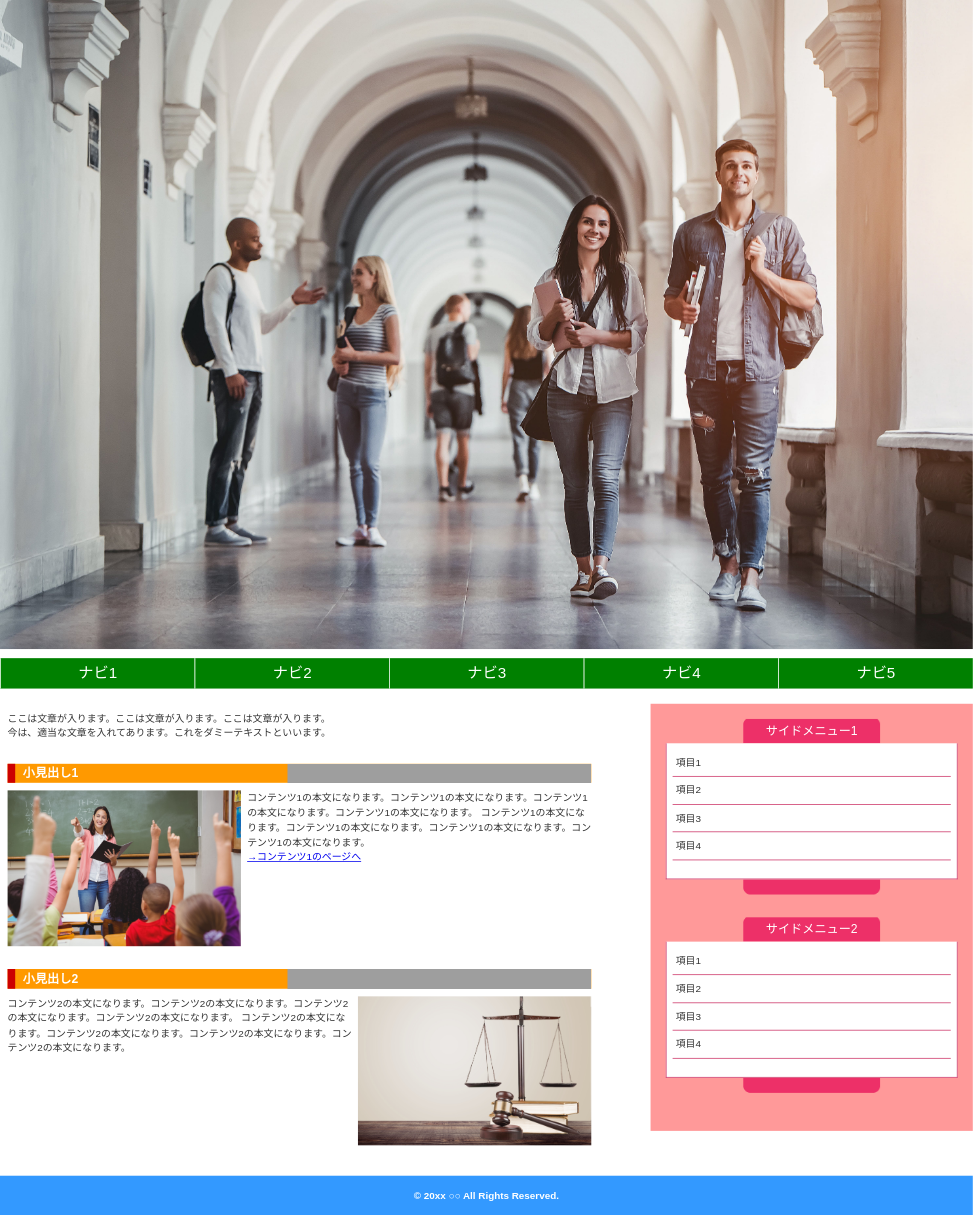
Repository: takahiro1004/samurai_HTML-CSS
Page: home.html
The author's editor kept a record of every edit. The page is drawn from the files as they stood at one moment, then again after the next edit.
The browser window is 1280 px wide. The pictures show the whole page, at 76% of full size.
The pointer rests on the first visible `#side .box .boxBody ul li`.
Pictures or frames that could not be fetched are drawn as grey boxes.

Above is the page before.

After the next edit:
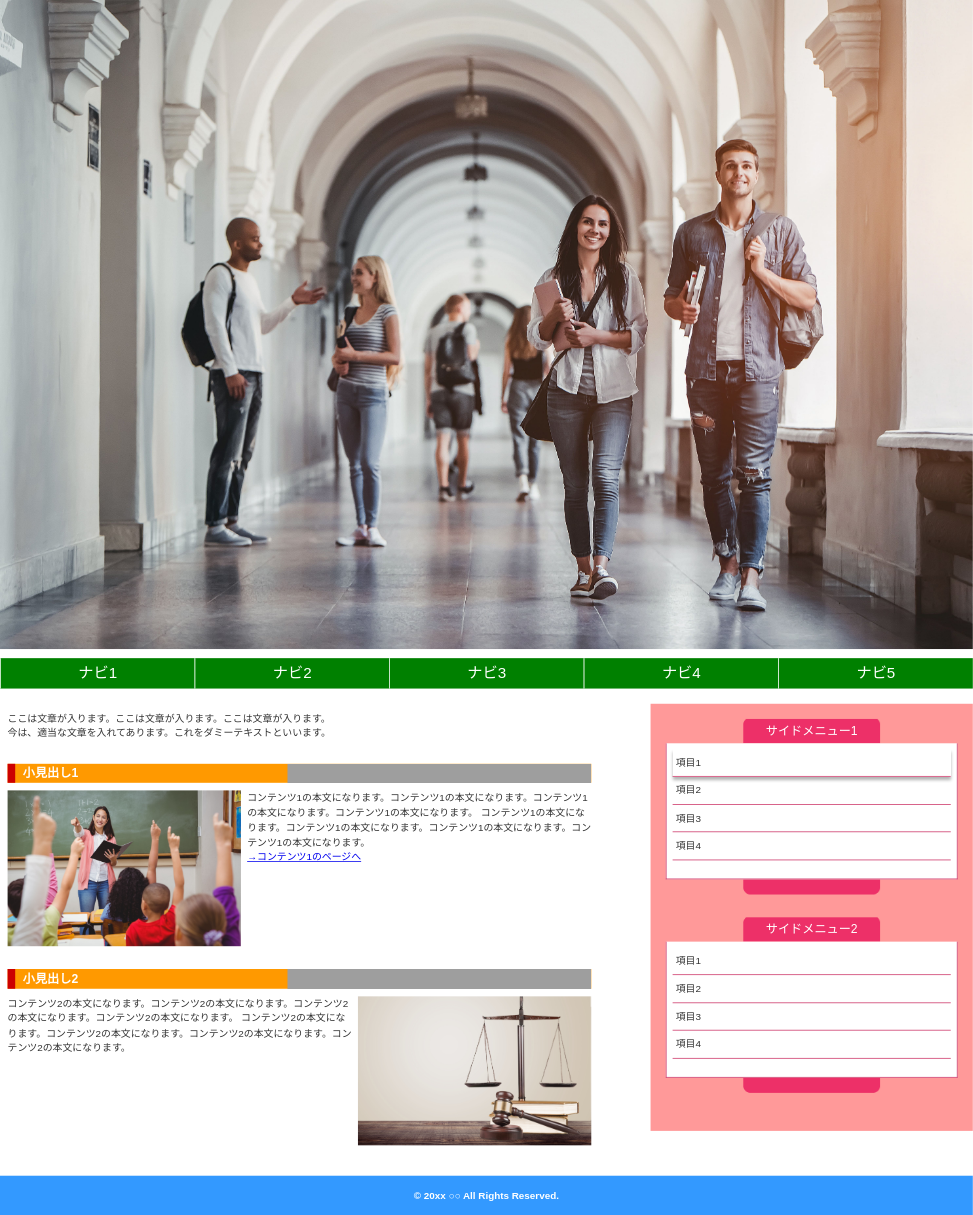
The edit:
--- a/stylesheet.css
+++ b/stylesheet.css
@@ -177,5 +177,5 @@
 	padding: 8px 0 8px 4px;
 	list-style: none;
 	border-bottom: solid 1px #C36;
-	box-shadow: 0px 4px 4px rgba(0,0,0,0.0)
+	box-shadow: 0px 4px 4px rgba(0,0,0,0.3)
 }
